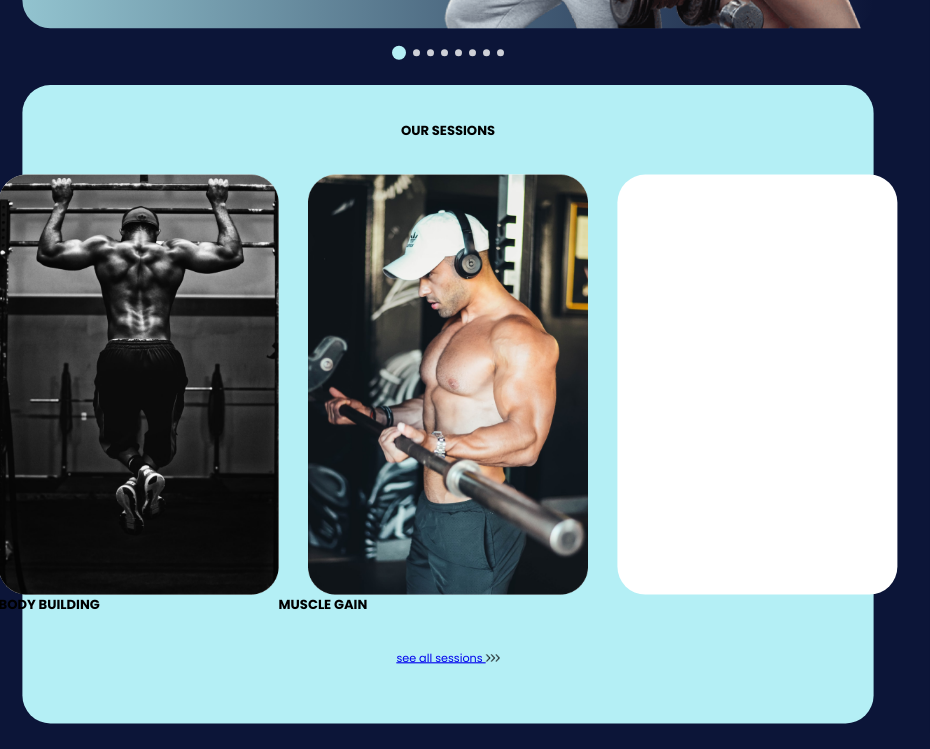
Repository: Rellzcodez/Group1-Team8
Page: index.html
The author's editor kept a copy of each file at every save. The page is drawn from the files as they stood at one save, then again after the next save.
The browser window is 1280 px wide. The page is 1328 px wide, so the pictures cover 1328 px, including what lies to the right of the window. The pictures show the part of the page from y = 768 to 2608 px (the page is 1838 px tall before and 3143 px after), at 70% of full size.

Above is the page before, as saved 2022-08-30 13:37:21.

After the next save:
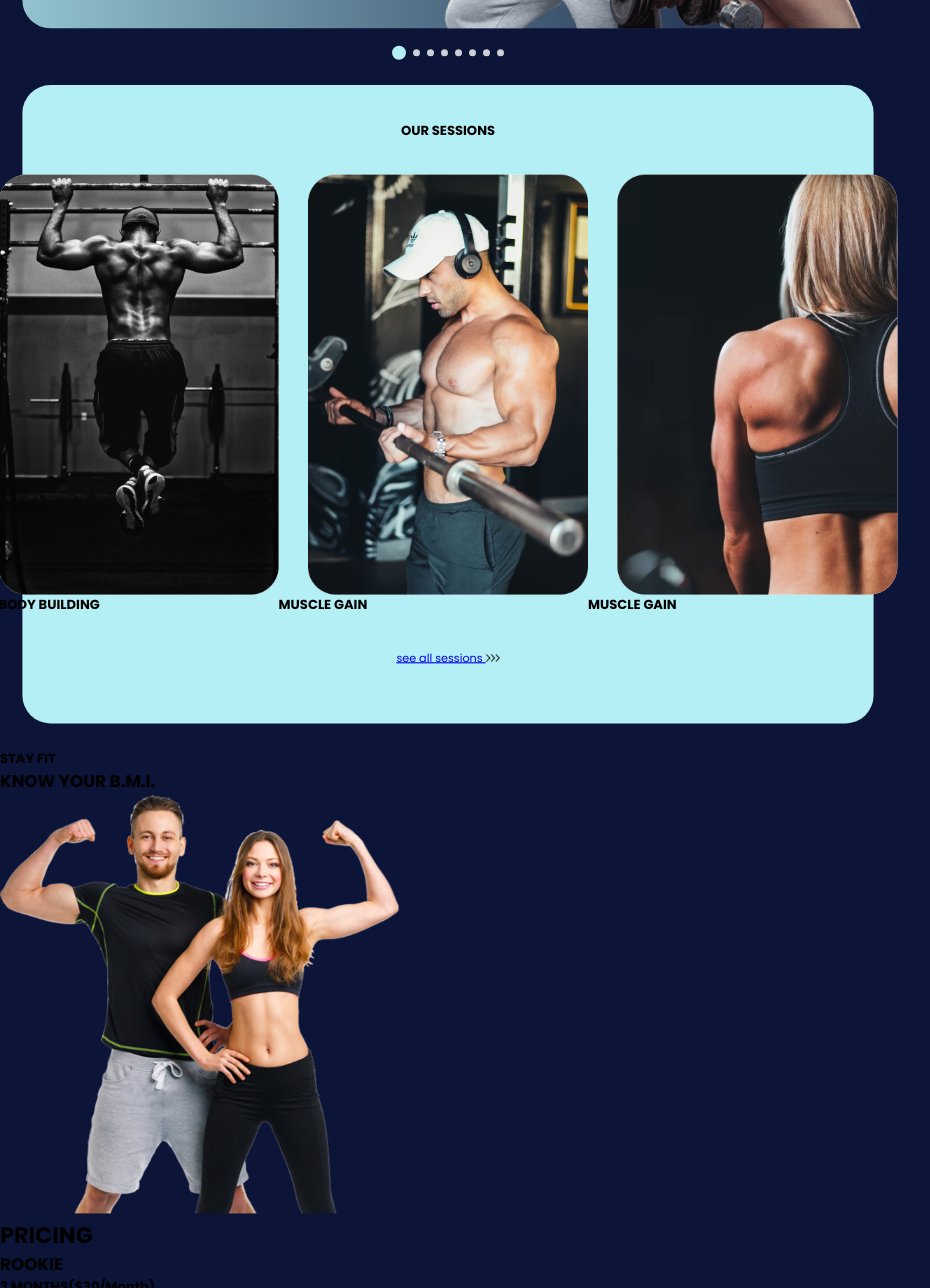
Saved 2 days later.
--- a/index.html
+++ b/index.html
@@ -76,21 +76,27 @@
                     <div class="body-building session-item" >
                         <img src="images/body-building-sess.png" alt="body building">
                     </div>
-                    <label class="body-building-lable" for="section"><h3>BODY BUILDING</h3></label>
+                    <label class="body-building-lable" for="body building"><h3>BODY BUILDING</h3></label>
 
-                </div>
+                    </div>
 
                     <div class="muscle-gain-wrapper">
                     <div class="muscle-gain session-item">
                         <img src="images/muscle-gain-sess.png" alt="muscle-gain">
                     </div>
-                    <label class="muscle-gain-label" for="section"><h3>MUSCLE GAIN</h3></label>
+                    <label class="muscle-gain-label" for="muscle gain"><h3>MUSCLE GAIN</h3></label>
+                    </div>
+
+                    <div class="weight-loss-wrapper">
+                    <div class="weight-loss session-item">
+                        <img src="images/weight-loss-sess.png" alt="weight loss">
+                    </div>
+                    <label class="weight-loss-label" for="weight loss"><h3>MUSCLE GAIN</h3></label>
+                    </div>
+
                 </div>
+             <label class="see-all-session-lable" for="section"><a href="#"><u>see all sessions <span class="arrow-vector"><img src="images/arrow-vector.png" alt="arrow" width="20px"></span></u></a></label>
 
-
-                    <div class="weight-loss session-item"></div>
-                </div>
-                <label class="see-all-session-lable" for="section"><a href="#"><u>see all sessions <span class="arrow-vector"><img src="images/arrow-vector.png" alt="arrow" width="20px"></span></u></a></label>
 
             </section>
         </div>
@@ -98,18 +104,65 @@
         </main>
 
         <!-- THE STAY FIT SESSION STARTS HERE -->
-
+<section class="stay-fit-container">
+    <h3 class="stay-fit">STAY FIT</h3>
+    <div class="stay-fit-wrapper">
+        <div class="BMI">
+            <h2 class="know-your-bmi">KNOW YOUR B.M.I.</h2>
+        </div>
+        <div class="stay-fit-illustrator"><img src="images/Stay-fit.png" alt=""></div>
+    </div>
+</section>
         <!-- THE STAY FIT SESSION ENDS HERE -->
 
 
         <!-- THE LIVE WORKOUT SESSION STARTS HERE -->
-
+<div></div>
         <!-- THE LIVE WORKOUT SESSION ENDS HERE -->
 
 
-        <!-- THE PRICING SESSION STARTS HERE -->
+        <!-- THE PRICING SECTION STARTS HERE -->
 
-        <!-- THE PRICING SESSION STARTS HERE -->
+        <div class="pricing">
+            <div class="pricing-heading"><h1>PRICING</h1></div>
+            <div class="pricing-cards">
+                <div class="cards">
+                    <h2 class="plan-name">ROOKIE</h2>
+                    <h3 class="plan-duration">3 MONTHS<span>($30/Month)</span></h3>
+                    <ul class="plan-benefits">
+                        <li class="li-benefits"><img src="images/checked.svg" alt="" height="20px">Free Riding</li>
+                        <li class="li-benefits"><img src="images/checked.svg" alt="" height="20px">Unlimited Equipments</li>
+                        <li class="li-benefits"><img src="images/checked.svg" alt="" height="20px">Personal Trainer</li>
+                        <li class="li-benefits"><img src="images/checked.svg" alt="" height="20px">Weight Lifting Classes</li>
+                    </ul>
+                    <a href="#"><button class="pricing-btn">Join Now</button></a>
+                </div>
+                <div class="cards professionals">
+                    <h2 class="plan-name">PROFESSIONAL</h2>
+                    <h3 class="plan-duration">6 MONTHS<span>($30/Month)</span></h3>
+                    <ul class="plan-benefits">
+                        <li class="li-benefits"><img src="images/checked.svg" alt="" height="18px">Free Riding</li>
+                        <li class="li-benefits"><img src="images/checked.svg" alt="" height="18px">Unlimited Equipments</li>
+                        <li class="li-benefits"><img src="images/checked.svg" alt="" height="18px">Personal Trainer</li>
+                        <li class="li-benefits"><img src="images/checked.svg" alt="" height="18px">Weight Lifting Classes</li>
+                    </ul>
+                    <a href="#"><button class="pricing-btn">Join Now</button></a>
+                </div>
+                <div class="cards elite">
+                    <h2 class="plan-name">ELITE</h2>
+                    <h3 class="plan-duration">12 MONTHS<span>($30/Month)</span></h3>
+                    <ul class="plan-benefits">
+                        <li class="li-benefits"><img src="images/checked.svg" alt="" height="20px">Free Riding</li>
+                        <li class="li-benefits"><img src="images/checked.svg" alt="" height="20px">Unlimited Equipments</li>
+                        <li class="li-benefits"><img src="images/checked.svg" alt="" height="20px">Personal Trainer</li>
+                        <li class="li-benefits"><img src="images/checked.svg" alt="" height="20px">Weight Lifting Classes</li>
+                    </ul>
+                    <a href="#"><button class="pricing-btn">Join Now</button></a>
+                </div>
+            </div>
+        </div>
+
+        <!-- THE PRICING SECTION ENDS HERE -->
 
 
         <footer class="footer">
